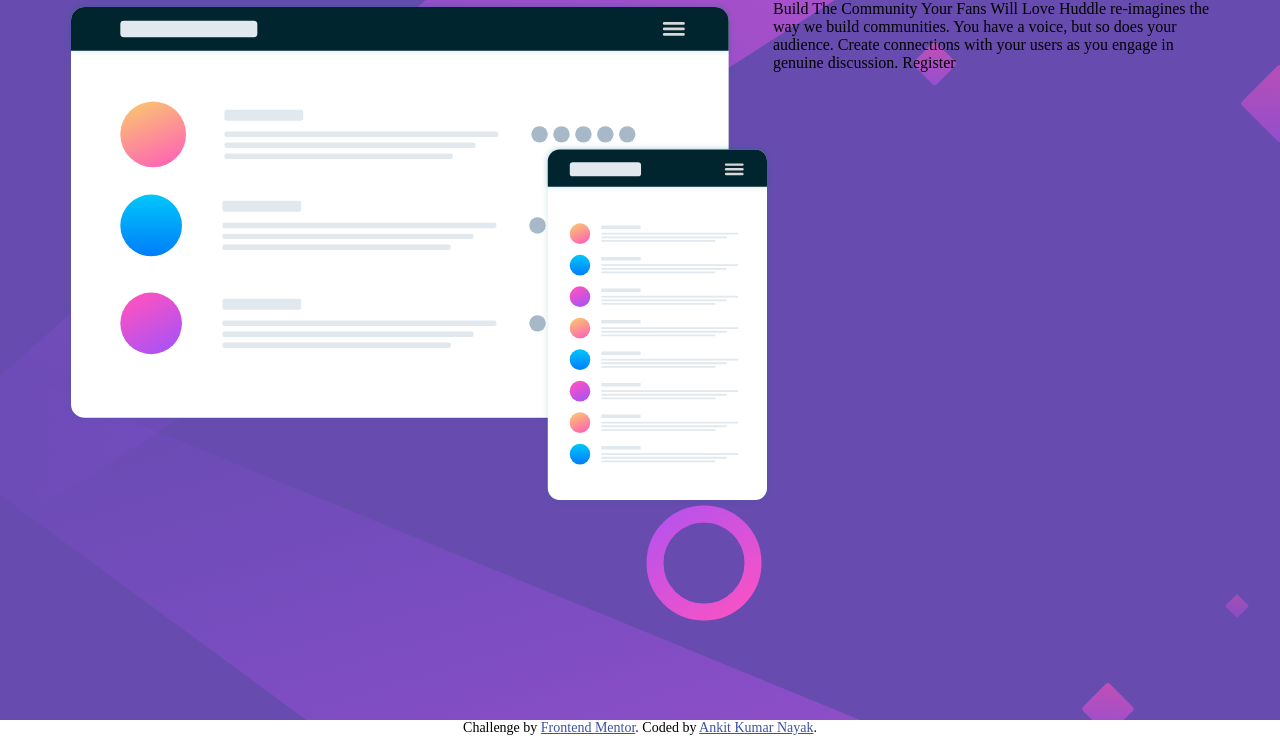
Repository: ankitnayak09/FrontEndMentor-Solutions
Page: huddle-landing-page-with-single-introductory-section-master/index.html
An editor plug-in stored every save of this project. The page is shown before and after a run of saves, followed by the edit.
The browser window is 1280 px wide. The pictures show the whole page.

Above is the page before, as saved 2021-07-07 18:25:20.

After the next 2 saves:
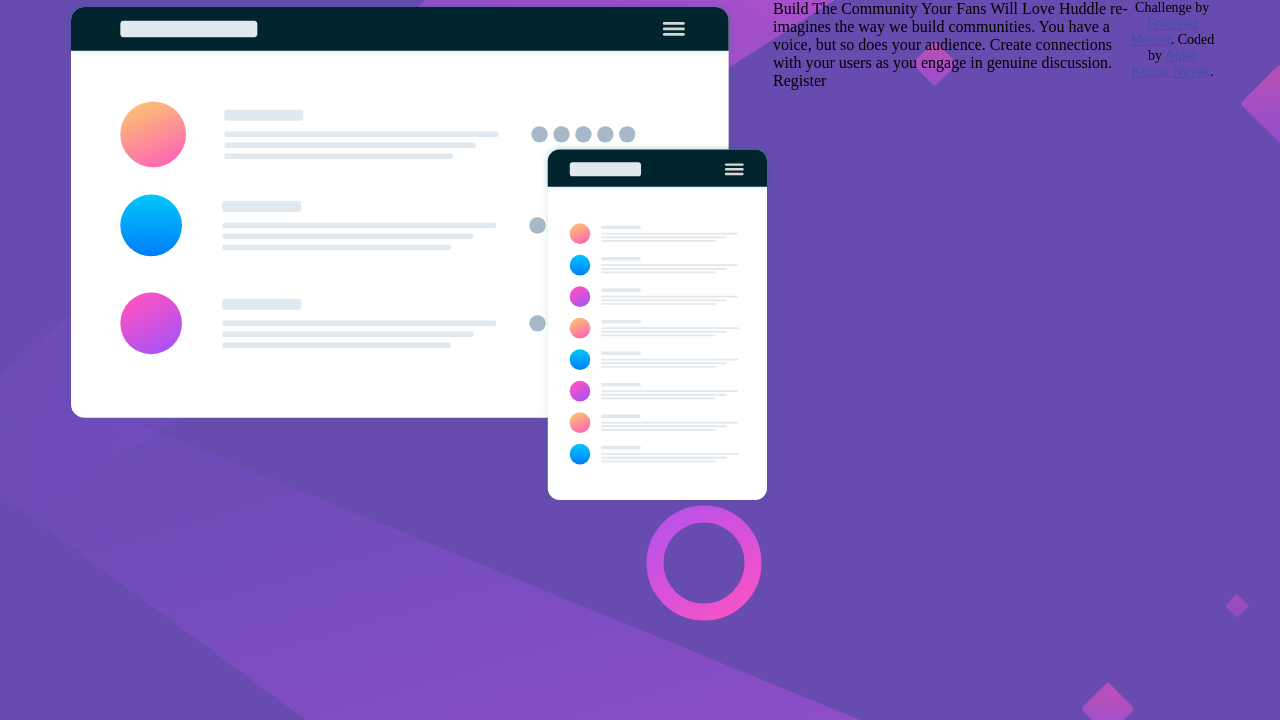
The 2 saves are shown as one change because they came seconds apart.
The last was saved 21 s later.
--- a/huddle-landing-page-with-single-introductory-section-master/index.html
+++ b/huddle-landing-page-with-single-introductory-section-master/index.html
@@ -37,13 +37,13 @@
 
       Register
     </div>
+    <footer>
+      <p class="attribution">
+        Challenge by <a href="https://www.frontendmentor.io?ref=challenge" target="_blank">Frontend Mentor</a>.
+        Coded by <a href="https://github.com/ankitnayak09">Ankit Kumar Nayak</a>.
+      </p>
+    </footer>
   </div>
-  <footer>
-    <p class="attribution">
-      Challenge by <a href="https://www.frontendmentor.io?ref=challenge" target="_blank">Frontend Mentor</a>.
-      Coded by <a href="https://github.com/ankitnayak09">Ankit Kumar Nayak</a>.
-    </p>
-  </footer>
 </body>
 
 </html>
